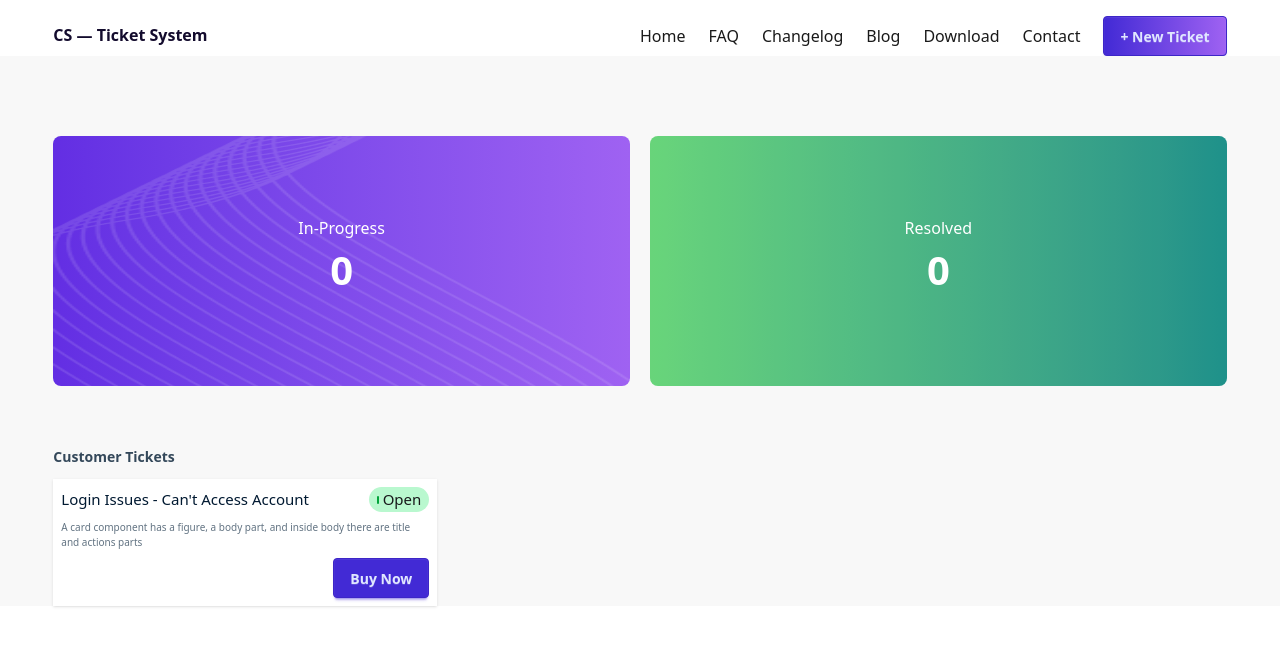
Repository: SanjidaSnigdha/Customer-Support-Zone
Page: /
The author's editor kept a copy of each file at every save. The page is drawn from the files as they stood at one save, then again after the next save.
The browser window is 1280 px wide. The pictures show the whole page.
The project was rebuilt for these pictures with package versions that can differ from the ones it lists, and the page was loaded fresh each time. Also part of the build but not shown: vite.config.js, src/App.css.

Above is the page before, as saved 2026-03-24 03:49:27.

After the next save:
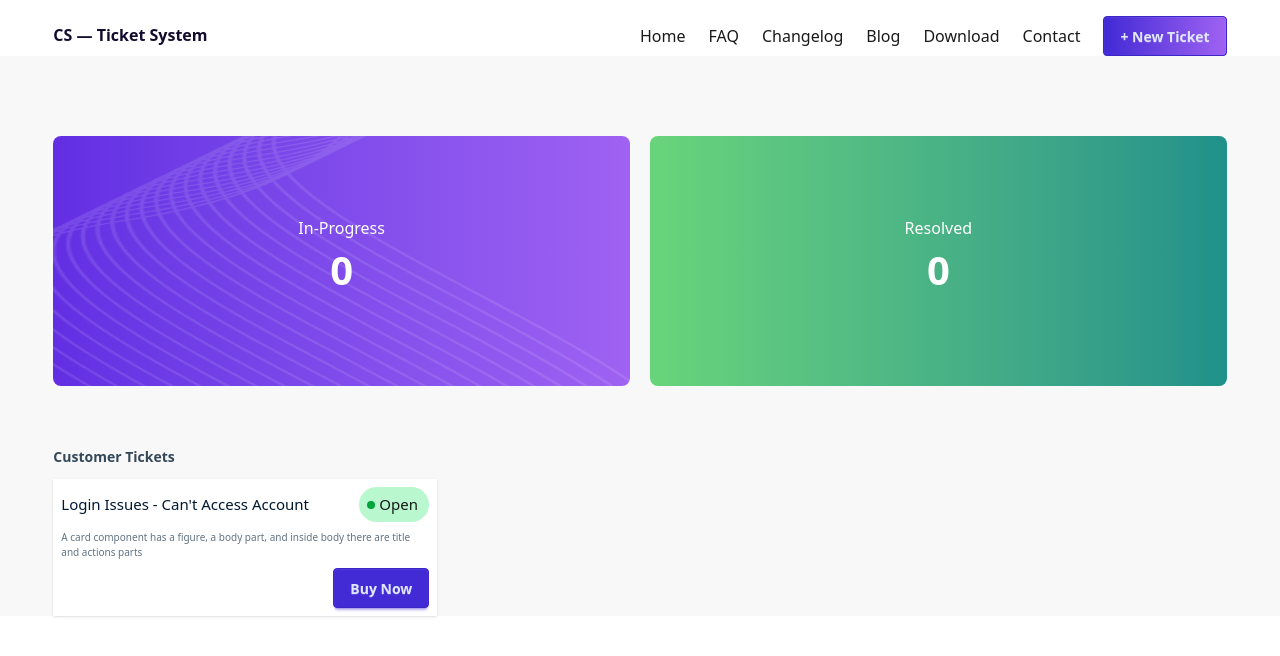
Saved 31 s later.
--- a/src/component/CustomerTickets/CustomerTickets.jsx
+++ b/src/component/CustomerTickets/CustomerTickets.jsx
@@ -10,7 +10,7 @@ const CustomerTickets = ({customerPromise}) => {
   <div className="card-body">
     <div className='flex justify-between'>
      <h2 className="card-title text-[#001931] font-medium text-[15px]">Login Issues - Can't Access Account</h2>
-     <button className='rounded-4xl bg-[#B9F8CF] w-[60px] h-[25px] flex items-center gap-1 p-2 font-medium text-[15px]'><span className='bg-[#02A53B] rounded-full w-2 h-2'></span>Open</button>
+     <button className='rounded-4xl bg-[#B9F8CF] w-[70px] h-[35px] flex items-center gap-1 p-2 font-medium text-[15px]'><span className='bg-[#02A53B] rounded-full w-2 h-2'></span>Open</button>
 
     </div>
     <p className='text-[#627382] text-[10px] font-medium'>A card component has a figure, a body part, and inside body there are title and actions parts</p>
